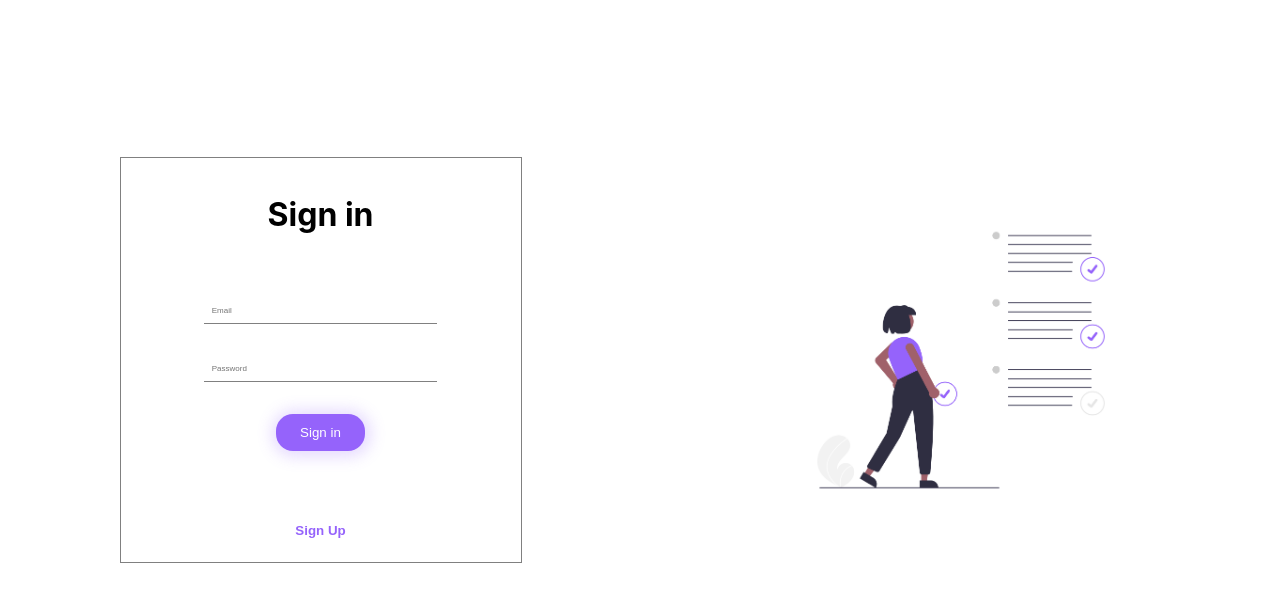
Repository: EEOOOO/wanted-pre-onboarding-fe
Page: / (app in to-do-list-app/)
These files come from the project's save history. The page is drawn as it stood at one moment and after the next save; the edit follows.
The browser window is 1280 px wide. The pictures show the whole page.
The project was rebuilt for these pictures with package versions that can differ from the ones it lists, and the page was loaded fresh each time. Also part of the build but not shown: to-do-list-app/src/components/sign_up/sign_up.module.css, to-do-list-app/src/components/sign_up/sign_up.jsx, to-do-list-app/src/components/todoList/todo_list.jsx.

Above is the page before, as saved 2022-08-22 00:41:31.

### to-do-list-app/public/index.html
<!DOCTYPE html>
<html lang="en">
  <head>
    <meta charset="utf-8" />
    <link rel="icon" href="%PUBLIC_URL%/logo.png" />
    <meta name="viewport" content="width=device-width, initial-scale=1" />
    <meta name="theme-color" content="#000000" />
    <meta
      name="description"
      content="Web site created using create-react-app"
    />
    <link rel="apple-touch-icon" href="%PUBLIC_URL%/logo.png" />
    <link rel="manifest" href="%PUBLIC_URL%/manifest.json" />
    <title>Todo List App</title>
  </head>
  <body>
    <div id="root"></div>
  </body>
</html>

### to-do-list-app/src/App.js
import style from './app.module.css';
import { Routes, Route } from 'react-router-dom'
import Login from './components/login/login';
import TodoList from './components/todoList/todo_list';

function App() {
  return <div className={style.App}>
    <Routes>
      <Route path="/" element={<Login/>}></Route>
      <Route path="todo" element={<TodoList/>}></Route>
    </Routes>
  </div>
}

export default App;

### to-do-list-app/src/components/login/login.jsx
import React, { useState } from 'react';
import SignIn from '../sign_in/sign_in';
import SignUp from '../sign_up/sign_up';
import style from '../login/login.module.css';
import loginImage from '../login/login_img.png';

const Login = (props) => {
    const goTosignUp = () => {
        setViewableScreen(<SignUp/>)
    }
    const signIn = <SignIn goToSignUp={goTosignUp}/>
    let [viewableScreen, setViewableScreen] = useState(signIn);
    return (
        <div className={style.login}>
            <div className={style.inputContainer}>{viewableScreen}</div>
            <img src={loginImage} className={style.coverImage}/>
        </div>
    )
}

export default Login;

### to-do-list-app/src/components/sign_in/sign_in.jsx
import React from 'react';
import LoginInputForm from '../login_input_form/login_input_form';
import style from '../sign_in/sign_in.module.css'

const SignIn = ({goToSignUp}) => {
    const handleSignInSubmit = (event) => {
        //event.preventDefault();
        console.log(event);
    }
    return(
        <div className={style.signIn}>
            <h1>Sign in</h1>
            <LoginInputForm handleSubmit={handleSignInSubmit} submitContent={'Sign in'}/>
            <button className={style.signUpButton} onClick={goToSignUp}>Sign Up</button>
        </div>
    )
}

export default SignIn;

### to-do-list-app/src/components/login/login.module.css
.login {
  display: flex;
  height: 100vh;
  justify-content: space-around;
  align-items: center;
}
.inputContainer {
  width: 50%;
  border: 1px solid gray;
  min-width: 235px;
  max-width: 400px;
}
.coverImage {
  width: 50%;
  min-width: 235px;
  max-width: 400px;
}

### to-do-list-app/src/components/login_input_form/login_input_form.jsx
import React from 'react';
import style from '../login_input_form/login_input_form.module.css';
const LoginInputForm = ({handleSubmit, submitContent}) => {
    return (
    <form className={style.inputForm} onSubmit={handleSubmit}>
        <div className={style.email}>
            <input
            type="text"
            className={style.inputEmail}
            placeholder='Email'></input>
        </div>
        <div className={style.password}>
            <input
            type="text"
            className={style.inputPassWord}
            placeholder='Password'></input>
        </div>
        <button type="submit" className={style.submitButton}>{submitContent}</button>
    </form>
    );
};

export default LoginInputForm;

### to-do-list-app/src/components/sign_in/sign_in.module.css
.signIn {
  padding: 1rem;
}
.signUpButton {
  background-color: transparent;
  border: none;
  padding: 0.5rem;
  color: rgb(149, 99, 251);
  font-weight: 600;
}

### to-do-list-app/src/components/login_input_form/login_input_form.module.css
.inputForm {
  margin: 3rem;
}
.email,
.password {
  display: flex;
  flex-direction: column;
  align-items: center;
}
input {
  width: 80%;
  font-size: 0.5rem;
  padding: 0.5rem;
  margin: 1rem;
  border: none;
  border-bottom: 0.5px solid gray;
}
.submitButton {
  background-color: rgb(149, 99, 251);
  color: white;
  border: none;
  padding: 0.7rem 1.5rem;
  border-radius: 17px;
  margin: 1rem;
  -webkit-box-shadow: 1px 1px 15px 5px rgba(149, 99, 251, 0.23);
  box-shadow: 1px 1px 15px 5px rgba(149, 99, 251, 0.23);
  cursor: pointer;
  transition: transform 200ms ease-in;
}
.submitButton:hover {
  transform: scale(1.05);
}

Loaded but not shown: to-do-list-app/src/index.js (common file); to-do-list-app/src/index.css (common file); to-do-list-app/src/reportWebVitals.js (common file); to-do-list-app/src/app.module.css (common file)

After the next save:
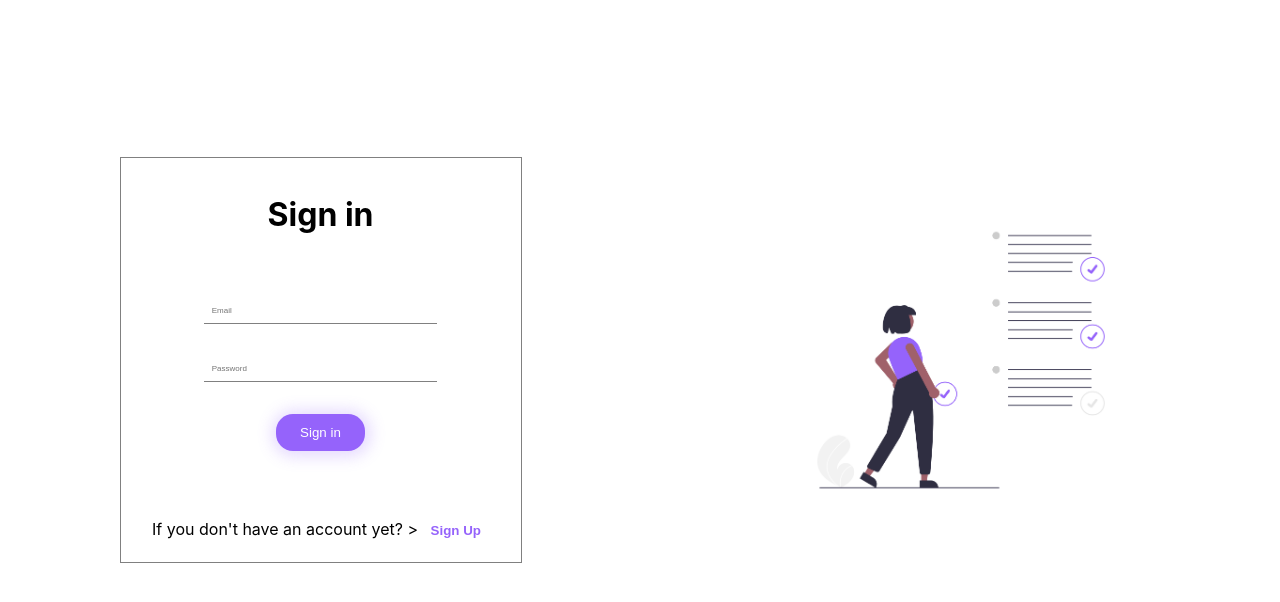
Saved 44 s later.
--- a/to-do-list-app/src/components/sign_in/sign_in.jsx
+++ b/to-do-list-app/src/components/sign_in/sign_in.jsx
@@ -11,6 +11,7 @@ const SignIn = ({goToSignUp}) => {
         <div className={style.signIn}>
             <h1>Sign in</h1>
             <LoginInputForm handleSubmit={handleSignInSubmit} submitContent={'Sign in'}/>
+            <span>If you don't have an account yet? > </span>
             <button className={style.signUpButton} onClick={goToSignUp}>Sign Up</button>
         </div>
     )
